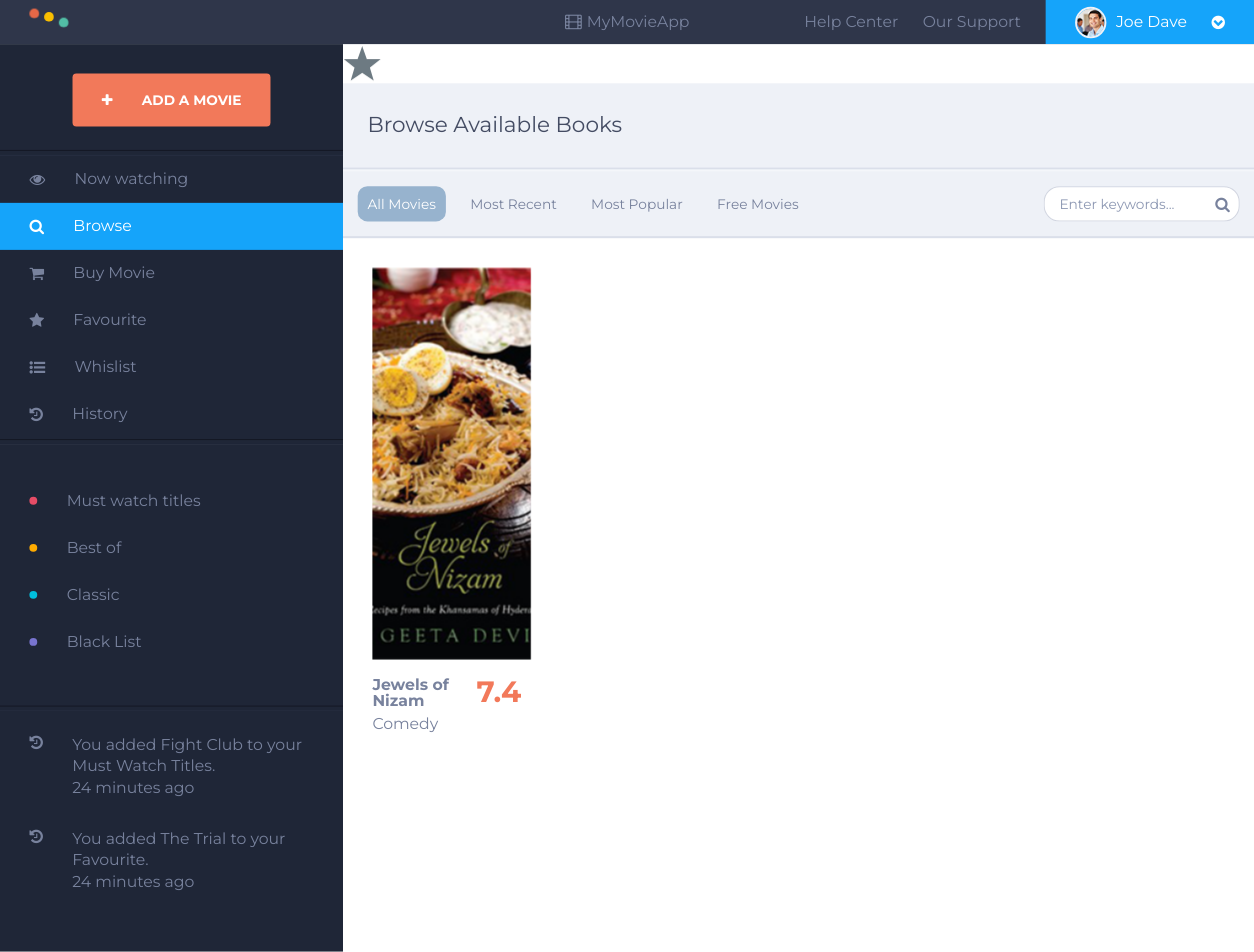
Repository: zyng/movie
Page: /
These files come from the project's save history. The page is drawn as it stood at one moment and after the next save; the edit follows.
The browser window is 1280 px wide. The pictures show the whole page, at 98% of full size.
Some web libraries are served in a nearby version. The project was rebuilt for these pictures with package versions that can differ from the ones it lists, and the page was loaded fresh each time.

Above is the page before, as saved 2019-01-17 02:23:24.

After the next save:
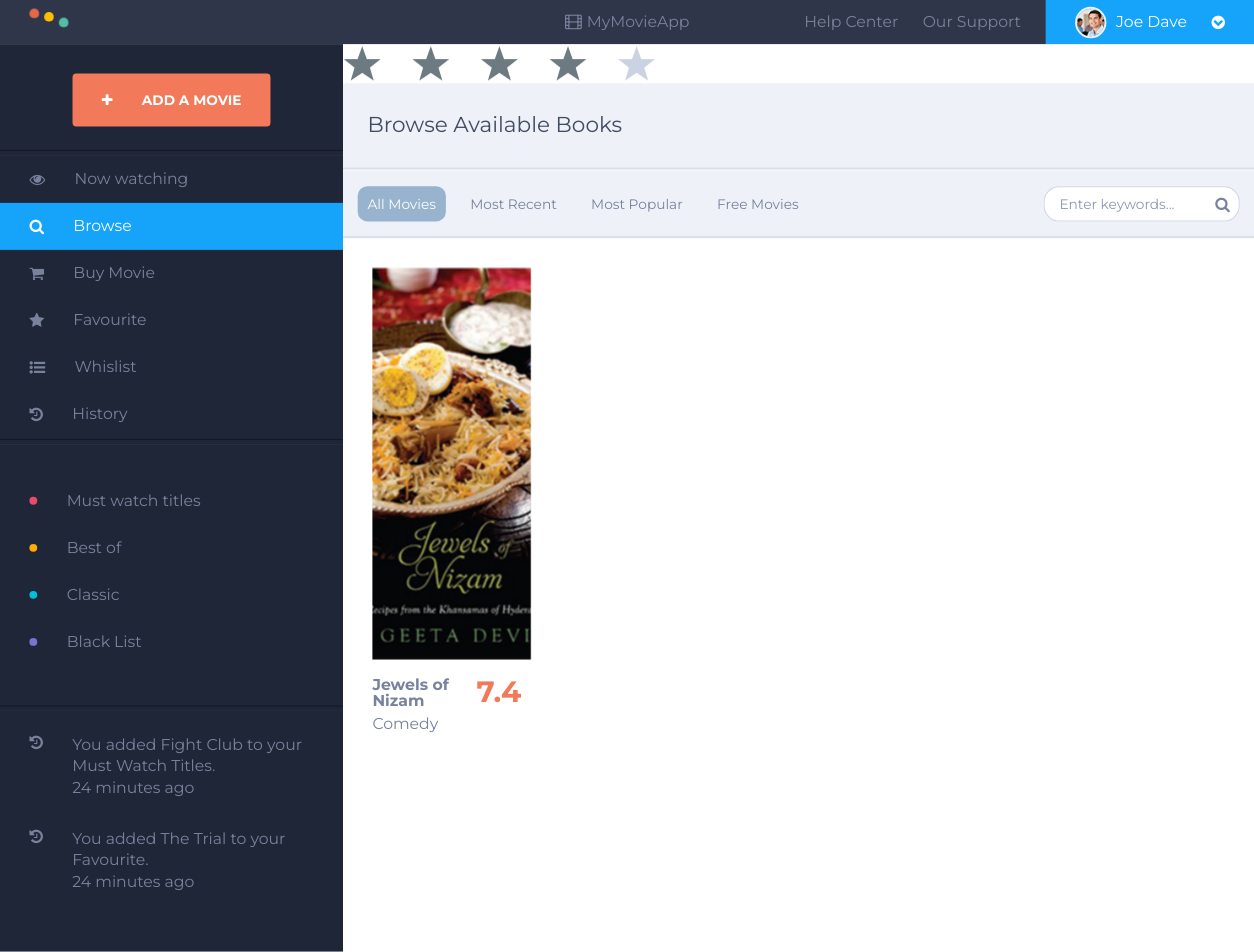
Saved 14 s later.
--- a/src/components/Main/Main.js
+++ b/src/components/Main/Main.js
@@ -17,7 +17,7 @@
                     rating={4}
                     starDimension="40px"
                     starSpacing="15px"
-                    numberOfStars='5'
+
                 />
                 <header className="main__header">
                     <div className="main__title">Browse Available Books</div>
